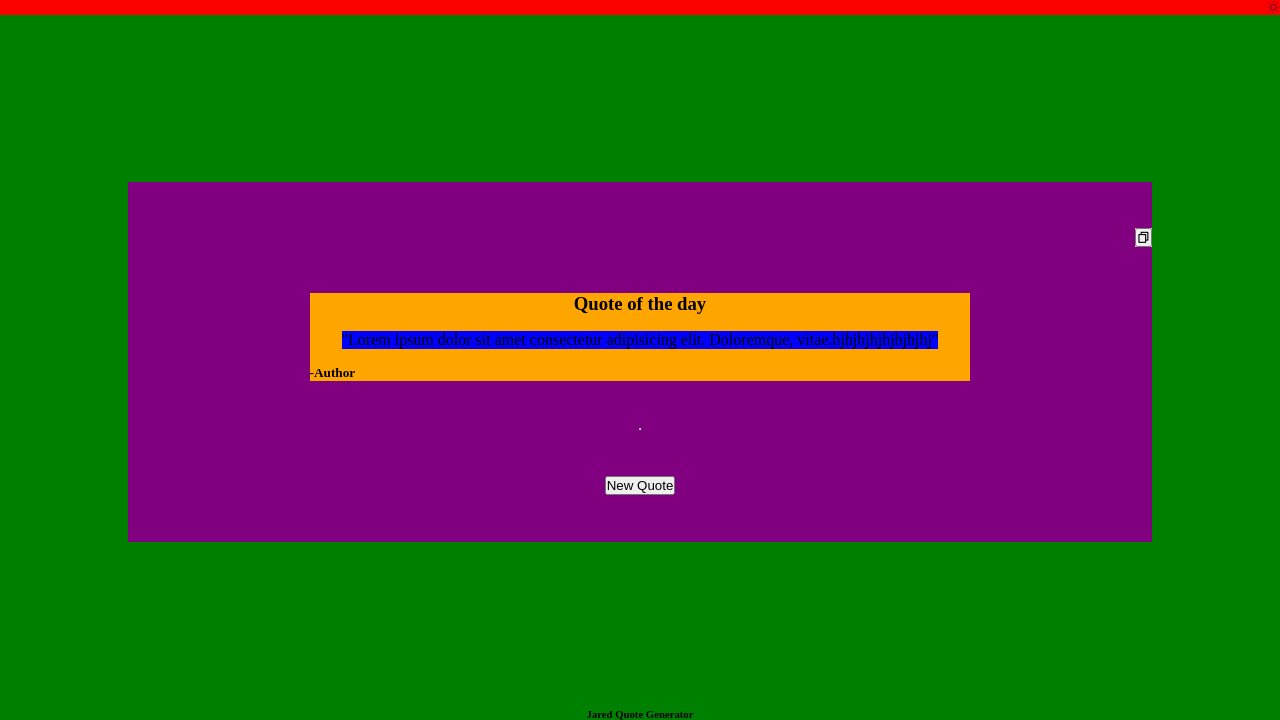
Repository: EguJaredoBoyd/Jared-Quote-Generator
Page: html/main.html
The author's editor kept a copy of each file at every save. The page is drawn from the files as they stood at one save, then again after the next save.
The browser window is 1280 px wide. The pictures show the whole page.
Some web libraries are served in a nearby version.

Above is the page before, as saved 2026-01-09 00:57:00.

After the next save:
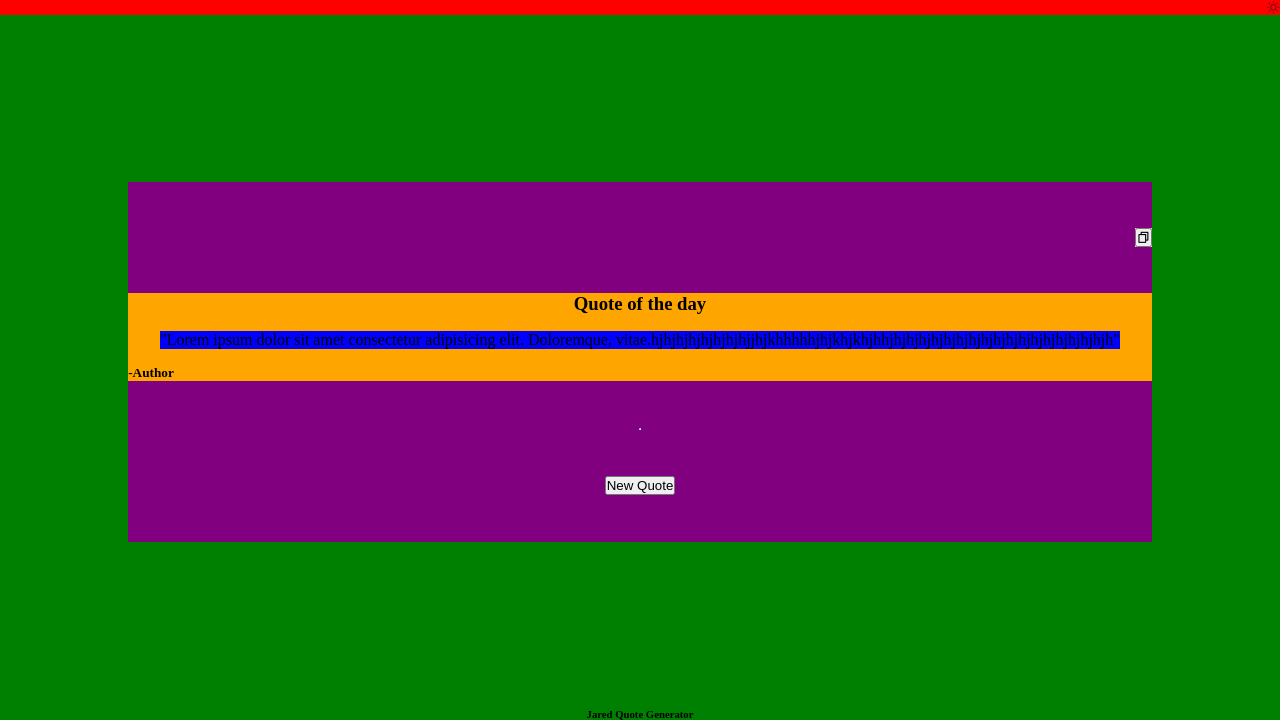
Saved 17 s later.
--- a/html/main.html
+++ b/html/main.html
@@ -25,7 +25,8 @@
             <h3>Quote of the day</h3>
             <p>
               "Lorem ipsum dolor sit amet consectetur adipisicing elit.
-              Doloremque, vitae.hjhjhjhjhjhjhjhj"
+              Doloremque,
+              vitae.hjhjhjhjhjhjhjhjjhjkhhhhhjhjkhjkhjhhjhjhjhjhjhjhjhjhjhjhjhjhjhjhjhjhjhjh"
             </p>
             <div>
               <h5>-Author</h5>
